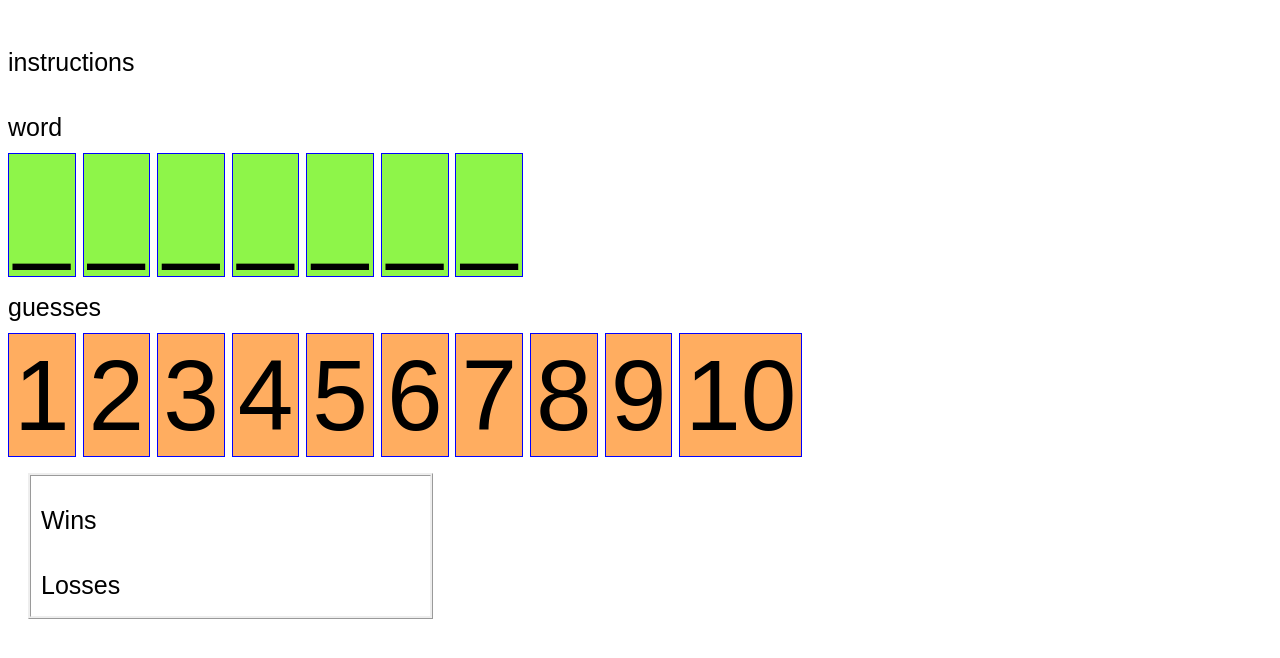
Repository: dsaftler/JavaScript
Page: index.html
The author's editor kept a copy of each file at every save. The page is drawn from the files as they stood at one save, then again after the next save.
The browser window is 1280 px wide. The pictures show the whole page.

Above is the page before, as saved 2019-03-28 17:21:30.

After the next save:
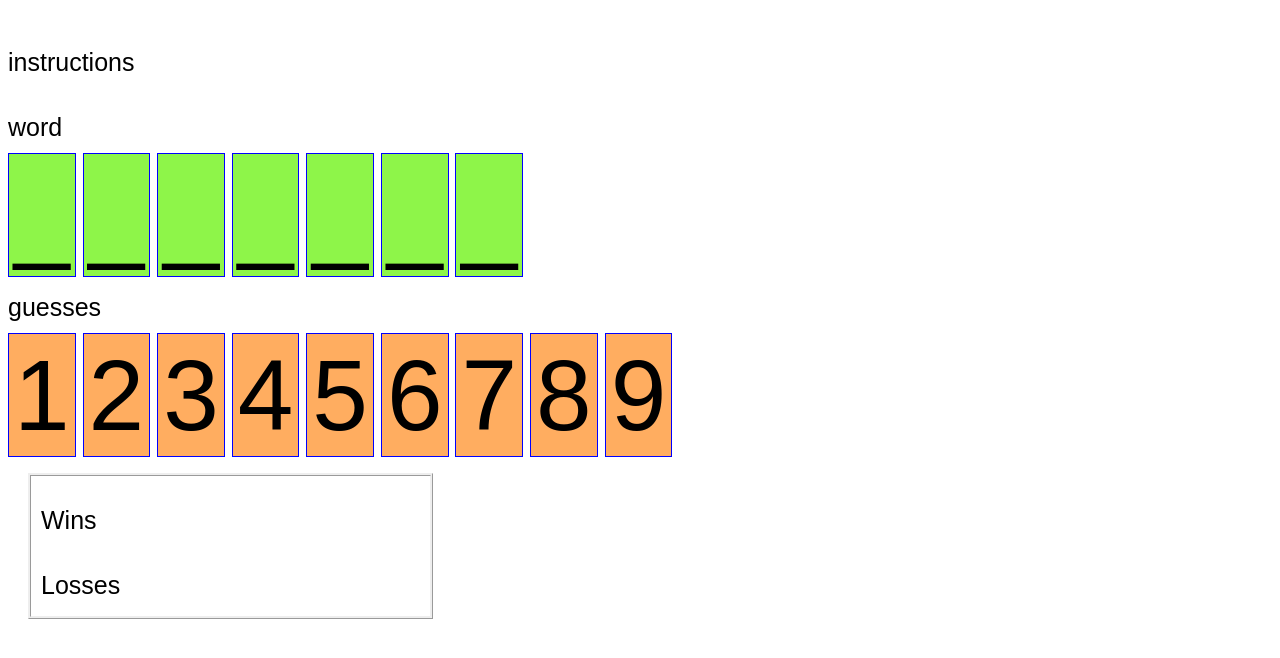
Saved 42 s later.
--- a/index.html
+++ b/index.html
@@ -32,7 +32,7 @@
         <div class="letter guessed" id="guess_6">7</div>
         <div class="letter guessed" id="guess_7">8</div>
         <div class="letter guessed" id="guess_8">9</div>
-        <div class="letter guessed" id="guess_9">10</div>
+
 
       <div class="score">
       <div class="showtext" id="showWins">Wins</div>
